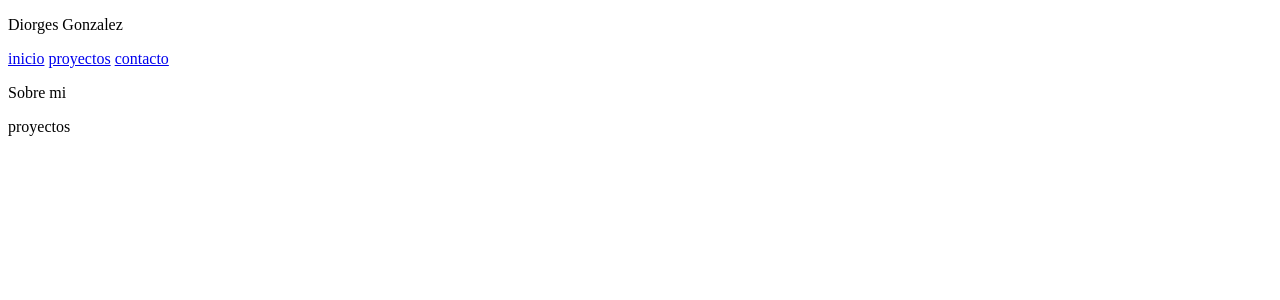
Repository: DenLion09/DenLion09.dots
Page: javascipt_withow_filter/basic/ejercisios/portfolio2/index.html
The author's editor kept a copy of each file at every save. The page is drawn from the files as they stood at one save, then again after the next save.
The browser window is 1280 px wide. The pictures show the whole page.

Above is the page before, as saved 2026-05-17 22:35:20.

After the next save:
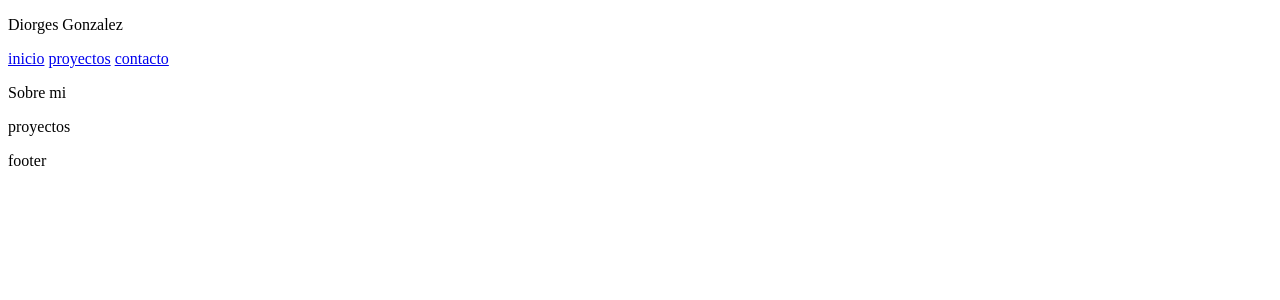
Saved 12 s later.
--- a/javascipt_withow_filter/basic/ejercisios/portfolio2/index.html
+++ b/javascipt_withow_filter/basic/ejercisios/portfolio2/index.html
@@ -19,6 +19,8 @@
     <section class="proyectos">
       <p>proyectos</p>
     </section>
-    <footer></footer>
+    <footer>
+      <p>footer</p>
+    </footer>
   </body>
 </html>
